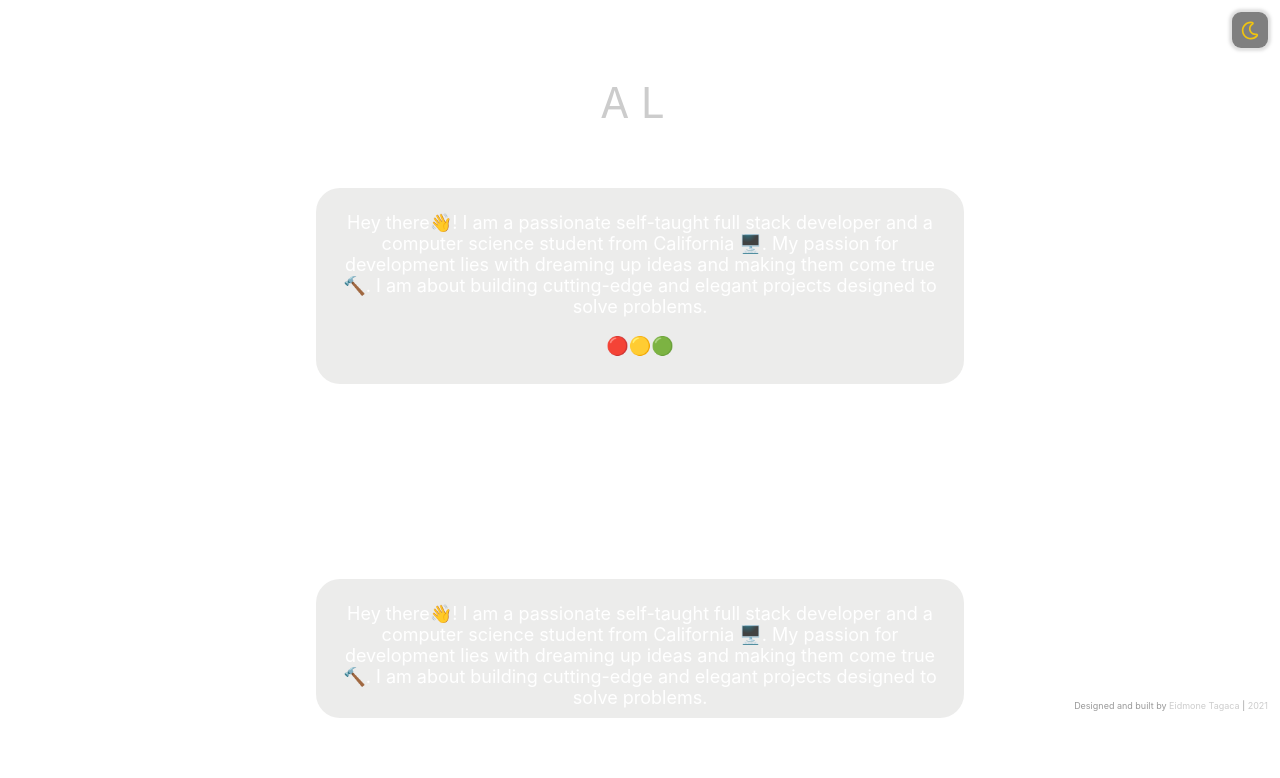
Repository: Tagaca19e/ET
Page: /
An editor plug-in stored every save of this project. The page is shown before and after the next save, followed by the edit.
The browser window is 1280 px wide. The pictures show the whole page.
The project was rebuilt for these pictures with package versions that can differ from the ones it lists, and the page was loaded fresh each time. Also part of the build but not shown: src/icons/Sun.jsx, src/icons/Resume.jsx.

Above is the page before, as saved 2021-07-23 23:02:58.

### public/index.html
<!DOCTYPE html>
<html lang="en">
  <head>
    <meta charset="utf-8" />

    <!-- <meta name="title" property="og:title" content="Adam Alston" />
    <meta
      name="description"
      property="og:description"c
      content="Source: https://github.com/adamalston/v2"
    />

    <meta property="og:site_name" content="Personal Website" />
    <meta property="og:url" content="http://www.adamalston.com/" />
    <meta property="og:locale" content="en_US" />
    <meta property="og:image" content="https://git.io/JUWDe" />
    <meta property="og:image:type" content="image/png" />
    <meta property="og:image:width" content="1280" />
    <meta property="og:image:height" content="640" />
    <meta property="og:image:alt" content="adamalston.com" />
    <meta property="og:type" content="website" /> -->

    <link rel="icon" href="%PUBLIC_URL%/favicon.svg" />
    <link rel="canonical" href="https://adamalston.com" />
    <link rel="apple-touch-icon" href="%PUBLIC_URL%/favicon.svg" />
    <link rel="manifest" href="%PUBLIC_URL%/manifest.webmanifest" />

    <title>Eidmone</title>
  </head>
  <body>
    <noscript>
      Enable JavaScript to see this website.
      <a href="https://github.com/Tagaca19e/ET"> Source</a>
    </noscript>
    <div id="root"></div>
  </body>
</html>

### src/App/App.jsx
import React from "react";

import { ThemeProvider } from "./AppContext";
import {
  Toggle,
  Content,
  Buttons,
  Footer,
  Particles,
  Exprience,
} from "./../components";
import "./app.scss";

const App = () => {
  return (
    <ThemeProvider>
      <div className="app">
        <Toggle />
        <Content />
        <Buttons />
        <Footer />
        <Exprience />
        <Particles />
      </div>
    </ThemeProvider>
  );
};

export default App;

### src/App/AppContext.jsx
import React, { createContext } from 'react';

import usePersistentState from './../hooks/PersistentState';
import { dark, light } from '../themes/Theme';

export const AppContext = createContext({
  isDark: Boolean,
  setIsDark: () => {},
});

export const ThemeProvider = ({ children }) => {
  const [isDark, setIsDark] = usePersistentState('theme', true); // default: dark mode
  const theme = isDark ? dark : light;

  const isMobile = window.matchMedia('(max-device-width: 820px) and (-webkit-min-device-pixel-ratio: 2)').matches;

  return <AppContext.Provider value={{ isDark, setIsDark, theme, isMobile }}>{children}</AppContext.Provider>;
};

### src/components/index.jsx
export * from "./Toggle";
export * from "./Content";
export * from "./Buttons";
export * from "./Footer";
export * from "./Particles";
export * from "./Exprience";

### src/App/app.scss
html {
  overflow: hidden;
  font-size: 12px;
  font-family: -apple-system, BlinkMacSystemFont, 'Helvetica Neue', 'Segoe UI', Roboto, Oxygen, Ubuntu, Cantarell, 'Open Sans', sans-serif;
}

body {
  margin: 0;
  padding: 0;
  -webkit-font-smoothing: antialiased;
  -moz-osx-font-smoothing: grayscale;
}

.app {
  margin: 0;
  width: 100vw;
  height: 100vh;
  display: flex;
  flex-direction: column;
  align-items: center;
  justify-content: center;
  text-align: center;
}

### src/hooks/PersistentState.jsx
import { useEffect, useState } from 'react';

const usePersistentState = (key, defaultValue) => {
  const [state, setState] = useState(() => {
    const persistentState = localStorage.getItem(key);
    return persistentState ? JSON.parse(persistentState) : defaultValue;
  });

  useEffect(() => {
    window.localStorage.setItem(key, JSON.stringify(state));
  }, [state, key]);

  return [state, setState];
};

export default usePersistentState;

### src/themes/Theme.jsx
export const dark = {
  key: 'dark',
  primaryTextColor: '#FFF',
  secondaryTextColor: '#CCC',
  tertiaryTextColor: '#999',
  background: '#000',
  shadowColor: 'rgba(0, 0, 0, 0.5)',
};

export const light = {
  key: 'light',
  primaryTextColor: '#000',
  secondaryTextColor: '#333',
  tertiaryTextColor: '#777',
  background: '#FFF',
  shadowColor: 'rgba(255, 255, 255, 0.5)',
};

### src/components/Toggle.jsx
import React, { useContext } from 'react';
import styled from 'styled-components';

import { AppContext } from './../App/AppContext';
import { Moon, Sun } from './../icons';

const T = {
  Container: styled.main`
    position: fixed;
    z-index: 1;
    top: 1rem;
    right: 1rem;
    display: flex;
    flex: 1;
    align-items: center;
    justify-content: center;

    :active {
      -webkit-transform: scale(0.9);
      transform: scale(0.9);
    }
  `,
  Toggle: styled.input`
    display: none;
  `,
  Switch: styled.label`
    cursor: pointer;
    display: flex;
    width: 1.5rem;
    height: 1.5rem;
    padding: 0.75rem;
    background-color: ${({ theme }) => theme.shadowColor};
    border-radius: 25%;
    box-shadow: 0 0 0.25rem 0.25rem rgba(128, 128, 128, 0.25);
    align-items: center;
    justify-content: center;
    transition: background-color 0.5s linear;
    font-size: 0.5rem;
  `,
};

export const Toggle = () => {
  const { isDark, setIsDark, theme } = useContext(AppContext);

  return (
    <T.Container>
      <T.Toggle id='toggle' name='toggle' type='checkbox' checked={isDark} onChange={(e) => setIsDark(e.target.checked)} />
      <T.Switch theme={theme} htmlFor='toggle'>
        {isDark ? <Moon /> : <Sun />}
      </T.Switch>
    </T.Container>
  );
};

### src/components/Content.jsx
import React, { useContext } from "react";
import styled, { css } from "styled-components";
import TextLoop from "react-text-loop";

import { AppContext } from "./../App/AppContext";
import Typewriter from "typewriter-effect";

const sharedStyles = css`
  transition: color 0.5s linear;
  font-weight: normal;
  position: relative;
  z-index: 1;
`;

const C = {
  Name: styled.h1`
    ${sharedStyles};
    font-size: 6rem;
    margin: 0 0 3.5rem;
    color: ${({ theme }) => theme.primaryTextColor};
    @media only screen and (max-device-width: 820px) and (-webkit-min-device-pixel-ratio: 1.5) {
      font-size: 4.5rem;
    }
  `,
  Title: styled.h2`
    ${sharedStyles};
    font-size: 3.5rem;
    margin: 4rem 0;
    color: ${({ theme }) => theme.secondaryTextColor};
    @media only screen and (max-device-width: 820px) and (-webkit-min-device-pixel-ratio: 1.5) {
      font-size: 2.5rem;
    }
  `,
  Skills: styled.h3`
    ${sharedStyles};
    font-size: 1.5rem;
    margin: 5rem 0;
    color: ${({ theme }) => theme.primaryTextColor};
    max-width: 50rem;
    background: rgba(138, 138, 134, 0.16);
    border-radius: 2rem;
    font-style: bold;
    padding-top: 2rem;
    padding-bottom: 0.8rem;
    padding-right: 2rem;
    padding-left: 2rem;

    @media only screen and (max-device-width: 820px) and (-webkit-min-device-pixel-ratio: 1.5) {
      font-size: 1.5rem;
    }
  `,
};

function Type() {
  return (
    <Typewriter
      options={{
        strings: [
          "A Developer",
          "A Leader",
          "A Team Player",
          "A Hard Worker",
          "A Problem Solver",
          "A Student",
        ],
        autoStart: true,
        loop: true,
        deleteSpeed: 50,
      }}
    />
  );
}

export const Content = () => {
  const { theme } = useContext(AppContext);

  return (
    <div>
      <C.Name theme={theme} data-v2="name" aria-label="My name is Adam Alston">
        Eidmone Tagaca
      </C.Name>
      <C.Title
        theme={theme}
        data-v2="title"
        aria-label="I am a software engineer"
      >
        <Type
          theme={theme}
          data-v2="title"
          aria-label="I am a software engineer"
        />
      </C.Title>
      <C.Skills
        theme={theme}
        data-v2="skills"
        aria-label="My name is Adam Alston"
      >
        <p1>
          {" "}
          Hey there👋! I am a passionate self-taught full stack developer and a
          computer science student from California 🖥️. My passion for
          development lies with dreaming up ideas and making them come true 🔨.
          I am about building cutting-edge and elegant projects designed to
          solve problems.
        </p1>
        <p> 🔴🟡🟢</p>
        {/* <TextLoop interval={3000} delay={2000}>
          {[
            "Javascript  ",
            "Nodejs      ",
            "React       ",
            "Expressjs   ",
            "React Native",

            // "Cinema 4D",
          ].map((text) => (
            <span key={text}>{text}</span>
          ))}
        </TextLoop> */}
      </C.Skills>
    </div>
  );
};

### src/components/Buttons.jsx
import React, { useContext } from "react";
import styled from "styled-components";

import { AppContext } from "./../App/AppContext";
import { GitHub, LinkedIn, Resume, Email } from "./../icons";

const Container = styled.div`
  a,
  a:active,
  a:hover {
    outline: 0;
  }

  .button-container {
    display: inline-block;
    height: 6rem;
    width: 6rem;
    margin: 0 1.75rem;
  }

  .button {
    transition: color 0.5s linear;
    height: 6rem;
    width: 6rem;
    color: ${({ theme }) => theme.primaryTextColor};
    display: table-cell;
    vertical-align: middle;
    text-align: center;
    text-decoration: none;
    position: relative;
    z-index: 1;
    border-radius: 25%;
  }

  .icon {
    height: 4.5rem;
    width: 4.5rem;
    padding: 1rem;
  }

  .icon_title {
    font-size: 1.25rem;
  }

  .button:hover {
    background-color: ${({ theme }) => theme.shadowColor};
    box-shadow: 0 0 0.75rem 0.75rem rgba(128, 128, 128, 0.25);
  }

  .button:active {
    -webkit-transform: scale(0.9);
    transform: scale(0.9);
  }

  .button-container .icon_title {
    display: none;
  }

  .button-container:hover .icon_title {
    display: initial;
  }

  .button-container:hover .icon {
    display: none;
  }

  @media only screen and (max-device-width: 820px) and (-webkit-min-device-pixel-ratio: 2) {
    .button-container {
      height: 5rem;
      width: 5rem;
      margin: 0 0.8rem;
    }

    .button {
      height: 5rem;
      width: 5rem;
    }

    .icon {
      height: 4rem;
      width: 4rem;
      padding: 0.5rem;
    }

    .icon_title {
      font-size: 1rem;
    }
  }
`;

export const Buttons = () => {
  const { theme } = useContext(AppContext);

  const DATA = [
    {
      href: "https://github.com/Tagaca19e",
      aria: "Visit my GitHub profile",
      icon: <GitHub />,
      label: "GitHub",
    },
    {
      href: "https://www.linkedin.com/in/eidmone-tagaca-6ab45717b/",
      aria: "Visit my LinkedIn profile",
      icon: <LinkedIn />,
      label: "LinkedIn",
    },
    {
      href: "mailto:etagaca@csub.edu",
      aria: "Send me an email with this template",
      icon: <Email />,
      label: "Email",
    },
  ];

  return (
    <Container theme={theme}>
      {DATA.map(({ href, aria, icon, label }, i) => (
        <span className="button-container" key={i}>
          <a
            className="button"
            href={href}
            target="_self"
            aria-label={aria}
            rel="noopener noreferrer"
          >
            <div className="icon">{icon}</div>
            <span className="icon_title" data-v2={label}>
              {label}
            </span>
          </a>
        </span>
      ))}
    </Container>
  );
};

### src/components/Footer.jsx
import React, { useContext } from "react";
import styled from "styled-components";

import { AppContext } from "./../App/AppContext";

const F = {
  Container: styled.div`
    position: absolute;
    bottom: 0;
    right: 0;
    font-size: 0.75rem;
    padding-right: ${({ isMobile }) => (isMobile ? "1.5rem" : "1rem")};
    z-index: 1;
  `,
  Text: styled.p`
    transition: color 0.5s linear;
    color: ${({ theme }) => theme.tertiaryTextColor};
  `,
  Link: styled.a`
    transition: color 0.5s linear;
    text-decoration: none;
    color: ${({ theme }) => theme.secondaryTextColor};
  `,
};

export const Footer = () => {
  const { theme, isMobile } = useContext(AppContext);

  return (
    <F.Container isMobile={isMobile}>
      <F.Text theme={theme} aria-label="Designed and built by Adam Alston">
        Designed and built by&nbsp;
        <F.Link
          theme={theme}
          data-v2="creator"
          href="https://www.linkedin.com/in/eidmone-tagaca-6ab45717b/"
        >
          Eidmone Tagaca
        </F.Link>
        {isMobile ? (
          <></>
        ) : (
          <>
            &nbsp;|&nbsp;
            <F.Link
              theme={theme}
              data-v2="source"
              aria-label="Source code"
              href="https://github.com/jtagaca12/ET"
            >
              2021
            </F.Link>
          </>
        )}
      </F.Text>
    </F.Container>
  );
};

### src/components/Particles.jsx
import React, { useContext } from "react";
import styled from "styled-components";
import { Particles as ReactParticles } from "react-tsparticles";

import { AppContext } from "./../App/AppContext";

const P = {
  Container: styled.div`
    transition: background-color 0.5s linear;
    position: absolute;
    background-color: ${({ theme }) => theme.background};
    background-repeat: no-repeat;
    background-size: cover;
    background-position: 50% 50%;
    z-index: 0;
  `,
};

export const Particles = () => {
  const { theme } = useContext(AppContext);

  const OPTIONS = {
    particles: {
      number: {
        value: 100,
        density: {
          enable: true,
          area: 800,
        },
      },
      color: {
        value: ["c912ed", "00bfff", "22dd22", "ffd500", "ff8000", "ff2600"],
      },
      shape: {
        type: "square",
        stroke: {
          width: 0,
          color: "000",
        },
        polygon: {
          nb_sides: 5,
        },
        image: {
          src: "img/github.svg",
          width: 100,
          height: 100,
        },
      },
      opacity: {
        value: 0.9,
        random: false,
        anim: {
          enable: false,
          speed: 1,
          opacity_min: 0.5,
          sync: false,
        },
      },
      size: {
        value: 4,
        random: {
          enable: true,
          minimumValue: 2,
        },
        anim: {
          enable: false,
          speed: 30,
          size_min: 0.1,
          sync: true,
        },
      },
      links: {
        enable: true,
        distance: 75,
        color: "999",
        opacity: 0.9,
        width: 1,
        consent: false,
        blink: false,
      },
      move: {
        enable: true,
        speed: 2,
        direction: "none",
        random: false,
        straight: false,
        out_mode: "bounce",
        bounce: false,
        attract: {
          enable: false,
          rotateX: 600,
          rotateY: 1200,
        },
      },
    },
    interactivity: {
      detect_on: "canvas",
      events: {
        onhover: {
          enable: true,
          mode: "repulse",
        },
        onclick: {
          enable: true,
          mode: "push",
        },
        resize: true,
      },
      modes: {
        attract: {
          distance: 100,
          duration: 1,
          speed: 5,
        },
        bubble: {
          distance: 400,
          size: 40,
          duration: 2,
          opacity: 8,
          speed: 3,
        },
        grab: {
          distance: 400,
          line_linked: {
            opacity: 1,
          },
        },
        push: {
          particles_nb: 3,
        },
        remove: {
          particles_nb: 2,
        },
        repulse: {
          distance: 100,
          duration: 1,
        },
      },
    },
    retina_detect: true,
    fpsLimit: 60,
    // 3m@62^K^88745%
  };

  return (
    <P.Container theme={theme}>
      <ReactParticles width="100vw" height="100vh" options={OPTIONS} />
    </P.Container>
  );
};

### src/components/Exprience.jsx
import React, { useContext } from "react";
import styled, { css } from "styled-components";
import TextLoop from "react-text-loop";

import { AppContext } from "../App/AppContext";
import Typewriter from "typewriter-effect";

const sharedStyles = css`
  transition: color 0.5s linear;
  font-weight: normal;
  position: relative;
  z-index: 1;
`;

const C = {
  Name: styled.h1`
    ${sharedStyles};
    font-size: 6rem;
    margin: 0 0 3.5rem;
    color: ${({ theme }) => theme.primaryTextColor};
    @media only screen and (max-device-width: 820px) and (-webkit-min-device-pixel-ratio: 1.5) {
      font-size: 4.5rem;
    }
  `,
  Title: styled.h2`
    ${sharedStyles};
    font-size: 3.5rem;
    margin: 4rem 0;
    color: ${({ theme }) => theme.secondaryTextColor};
    @media only screen and (max-device-width: 820px) and (-webkit-min-device-pixel-ratio: 1.5) {
      font-size: 2.5rem;
    }
  `,
  Skills: styled.h3`
    ${sharedStyles};
    font-size: 1.5rem;
    margin: 5rem 0;
    color: ${({ theme }) => theme.primaryTextColor};
    max-width: 50rem;
    background: rgba(138, 138, 134, 0.16);
    border-radius: 2rem;
    font-style: bold;
    padding-top: 2rem;
    padding-bottom: 0.8rem;
    padding-right: 2rem;
    padding-left: 2rem;

    @media only screen and (max-device-width: 820px) and (-webkit-min-device-pixel-ratio: 1.5) {
      font-size: 1.5rem;
    }
  `,
};

function Type() {
  return (
    <Typewriter
      options={{
        strings: [
          "A Developer",
          "A Leader",
          "A Team Player",
          "A Hard Worker",
          "A Problem Solver",
          "A Student",
        ],
        autoStart: true,
        loop: true,
        deleteSpeed: 50,
      }}
    />
  );
}

export const Exprience = () => {
  const { theme } = useContext(AppContext);

  return (
    <div>
      <C.Skills
        theme={theme}
        data-v2="skills"
        aria-label="My name is Adam Alston"
      >
        <p1>
          {" "}
          Hey there👋! I am a passionate self-taught full stack developer and a
          computer science student from California 🖥️. My passion for
          development lies with dreaming up ideas and making them come true 🔨.
          I am about building cutting-edge and elegant projects designed to
          solve problems.
        </p1>
      </C.Skills>
    </div>
  );
};

### src/icons/index.jsx
export * from './Moon';
export * from './Sun';
export * from './GitHub';
export * from './LinkedIn';
export * from './Resume';
export * from './Email';

### src/icons/Moon.jsx
import React from 'react';

export const Moon = () => (
  <svg role='img' viewBox='0 0 512 512' xmlns='http://www.w3.org/2000/svg' height='4.5em' width='4.5em'>
    <title>Moon Icon</title>
    <path fill='#F1C40F' d='M279.135 512c78.756 0 150.982-35.804 198.844-94.775 28.27-34.831-2.558-85.722-46.249-77.401-82.348 15.683-158.272-47.268-158.272-130.792 0-48.424 26.06-92.292 67.434-115.836 38.745-22.05 29-80.788-15.022-88.919A257.936 257.936 0 00279.135 0c-141.36 0-256 114.575-256 256 0 141.36 114.576 256 256 256zm0-464c12.985 0 25.69 1.201 38.016 3.478-54.76 31.163-91.693 90.042-91.693 157.554 0 113.848 103.641 199.2 215.252 177.944C402.574 433.964 344.366 464 279.135 464c-114.875 0-208-93.125-208-208s93.125-208 208-208z'/>
  </svg>
);

### src/icons/GitHub.jsx
import React from 'react';

export const GitHub = () => (
  <svg role='img' viewBox='0 0 512 512' xmlns='http://www.w3.org/2000/svg'>
    <title>GitHub Icon</title>
    <path fill='currentColor' d='M296.133 354.174c49.885-5.891 102.942-24.029 102.942-110.192 0-24.49-8.624-44.448-22.67-59.869 2.266-5.89 9.515-28.114-2.734-58.947 0 0-18.139-5.898-60.759 22.669-18.139-4.983-38.09-8.163-56.682-8.163-19.053 0-39.011 3.18-56.697 8.163-43.082-28.567-61.22-22.669-61.22-22.669-12.241 30.833-4.983 53.057-2.718 58.947-14.061 15.42-22.677 35.379-22.677 59.869 0 86.163 53.057 104.301 102.942 110.192-6.344 5.452-12.241 15.873-14.507 30.387-12.702 5.438-45.808 15.873-65.758-18.592 0 0-11.795-21.31-34.012-22.669 0 0-22.224-.453-1.813 13.592 0 0 14.96 6.812 24.943 32.653 0 0 13.6 43.089 76.179 29.48v38.543c0 5.906-4.53 12.702-15.865 10.89C96.139 438.977 32.2 354.626 32.2 255.77c0-123.807 100.216-224.022 224.03-224.022 123.347 0 224.023 100.216 223.57 224.022 0 98.856-63.946 182.754-152.828 212.688-11.342 2.266-15.873-4.53-15.873-10.89V395.45c.001-20.873-6.811-34.465-14.966-41.276zM512 256.23C512 114.73 397.263 0 256.23 0 114.73 0 0 114.73 0 256.23 0 397.263 114.73 512 256.23 512 397.263 512 512 397.263 512 256.23z'/>
  </svg>
);

### src/icons/LinkedIn.jsx
import React from 'react';

export const LinkedIn = () => (
  <svg role='img' viewBox='0 0 512 512' xmlns='http://www.w3.org/2000/svg'>
    <title>LinkedIn Icon</title>
    <path fill='currentColor' d='M160.008 423h-70V197h70zm6.984-298.004c0-22.629-18.36-40.996-40.976-40.996C103.312 84 85 102.367 85 124.996 85 147.633 103.313 166 126.016 166c22.617 0 40.976-18.367 40.976-41.004zM422 298.664C422 237.996 409.184 193 338.312 193c-34.054 0-56.914 17.031-66.246 34.742H272V197h-68v226h68V310.79c0-29.388 7.48-57.856 43.906-57.856 35.93 0 37.094 33.605 37.094 59.722V423h69zM512 452V60c0-33.086-26.914-60-60-60H60C26.914 0 0 26.914 0 60v392c0 33.086 26.914 60 60 60h392c33.086 0 60-26.914 60-60zM455.26 32C466.694 32 480 45.305 480 56.74v398.52c0 11.435-13.305 24.74-24.74 24.74H56.74C45.306 480 32 466.695 32 455.26V56.74C32 45.306 45.305 32 56.74 32zM452 40'/>
  </svg>
);

### src/icons/Email.jsx
import React from 'react';

export const Email = () => (
  <svg role='img' viewBox='0 0 512 512' xmlns='http://www.w3.org/2000/svg'>
    <title>Email Icon</title>
    <path fill='currentColor' d='M464.004 4.326L15.986 262.714c-23 13.3-20.7 47.198 3.8 57.297l140.206 57.997v101.996c0 30.198 37.802 43.298 56.702 20.299l60.703-73.797L403.8 478.704c19.101 7.9 40.702-4.2 43.802-24.7l64.003-417.08c4.1-26.698-24.601-45.897-47.602-32.598zm-272.01 475.678v-88.796l54.501 22.499zm224.008-30.899l-206.208-85.196L409.302 128.12c4.8-5.6-2.9-13.199-8.5-8.4l-255.31 217.59-113.505-46.797L480.004 32.025z'/>
  </svg>
);

Loaded but not shown: src/index.jsx (common file)

After the next save:
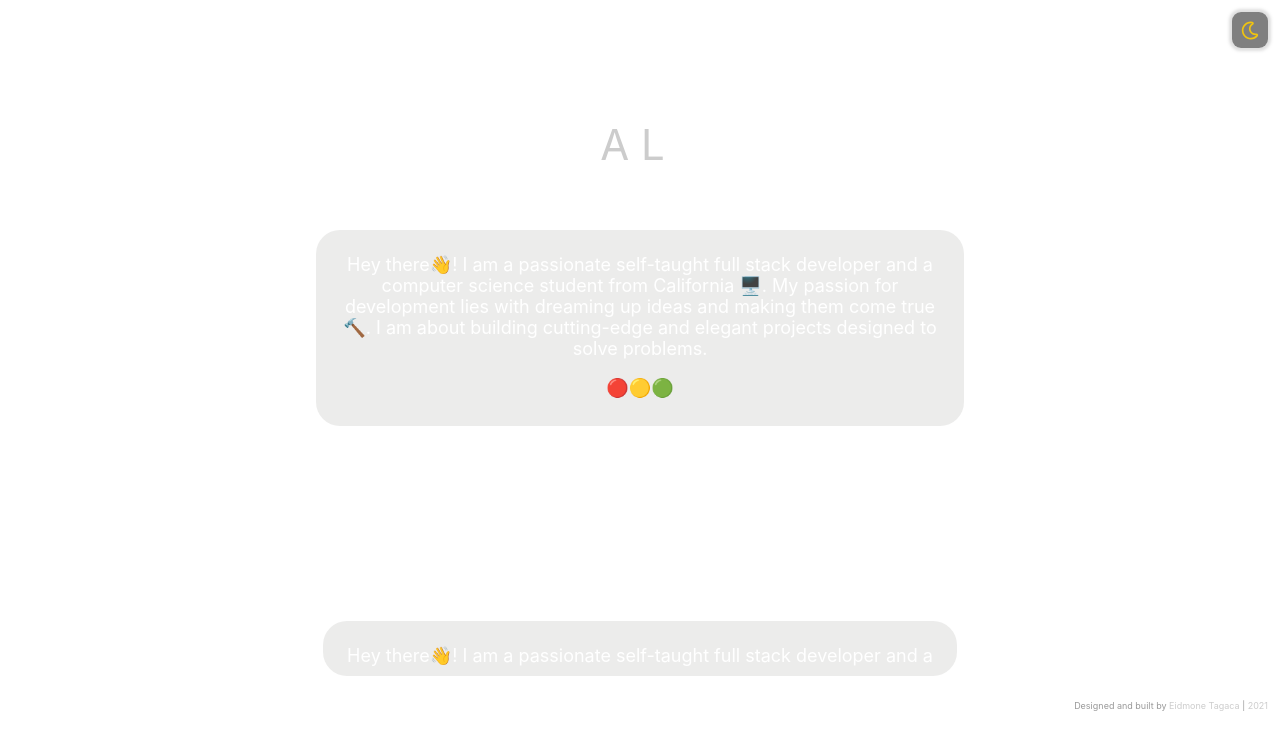
Saved 24 h 43 min later.
--- a/src/components/Exprience.jsx
+++ b/src/components/Exprience.jsx
@@ -84,10 +84,6 @@ export const Exprience = () => {
         <p1>
           {" "}
           Hey there👋! I am a passionate self-taught full stack developer and a
-          computer science student from California 🖥️. My passion for
-          development lies with dreaming up ideas and making them come true 🔨.
-          I am about building cutting-edge and elegant projects designed to
-          solve problems.
         </p1>
       </C.Skills>
     </div>
